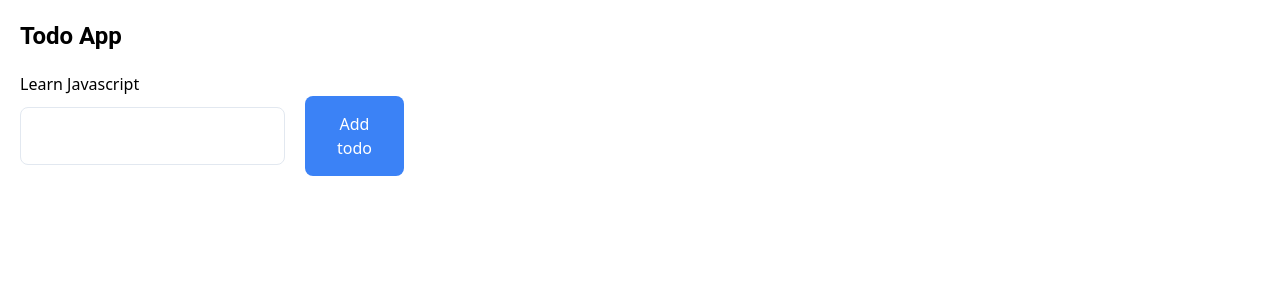
Repository: vophuocthanh/react-typescript
Page: /
These files come from the project's save history. The page is drawn as it stood at one moment and after the next save; the edit follows.
The browser window is 1280 px wide. The pictures show the whole page.
The project was rebuilt for these pictures with package versions that can differ from the ones it lists, and the page was loaded fresh each time. Also part of the build but not shown: vite.config.ts.

Above is the page before, as saved 2023-04-04 23:37:47.

### src/App.tsx
import React from "react";
const Heading = ({ title }: { title: string }) => {
  return <h2 className="font-primary font-bold text-2xl mb-5">{title}</h2>;
};
const App = () => {
  return (
    <div>
      <Heading title="Todo App"></Heading>
      <div className="max-w-sm">
        <div className="nb-5">
          <div className="flex items-center">
            <span>Learn Javascript</span>
          </div>
        </div>
        <div className="flex items-center gap-x-5">
          <input
            type="text"
            className="p-4 border border-slate-200 rounded-lg outline-none"
          />
          <button className="p-4 rounded-lg bg-blue-500 text-white text-center">
            Add todo
          </button>
        </div>
      </div>
    </div>
  );
};

export default App;

### src/index.css
@tailwind base;
@tailwind components;
@tailwind utilities;
@layer base {
  body {
    @apply p-5;
  }
}

### tailwind.config.js
/** @type {import('tailwindcss').Config} */
export default {
  content: ["./index.html", "./src/**/*.{js,ts,jsx,tsx}"],
  theme: {
    extend: {
      fontFamily: {
        primary: ["Roboto"],
      },
    },
  },
  plugins: [],
};

Loaded but not shown: index.html (common file); src/main.tsx (common file)

After the next save:
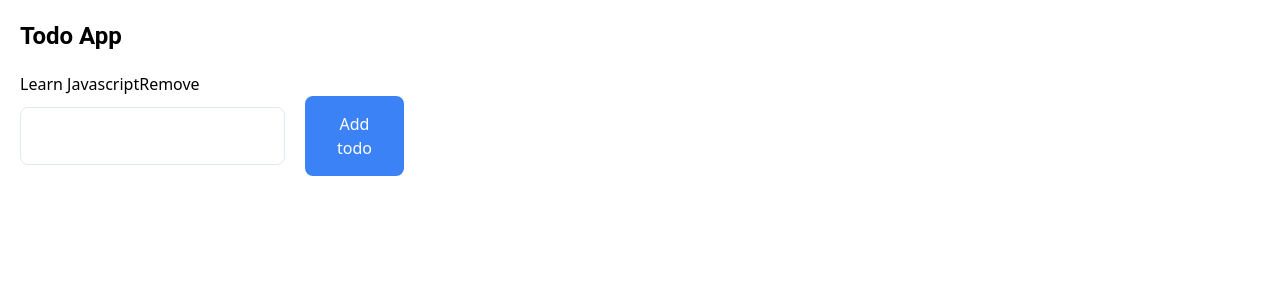
Saved 8 s later.
--- a/src/App.tsx
+++ b/src/App.tsx
@@ -10,6 +10,7 @@ const App = () => {
         <div className="nb-5">
           <div className="flex items-center">
             <span>Learn Javascript</span>
+            <button>Remove</button>
           </div>
         </div>
         <div className="flex items-center gap-x-5">
